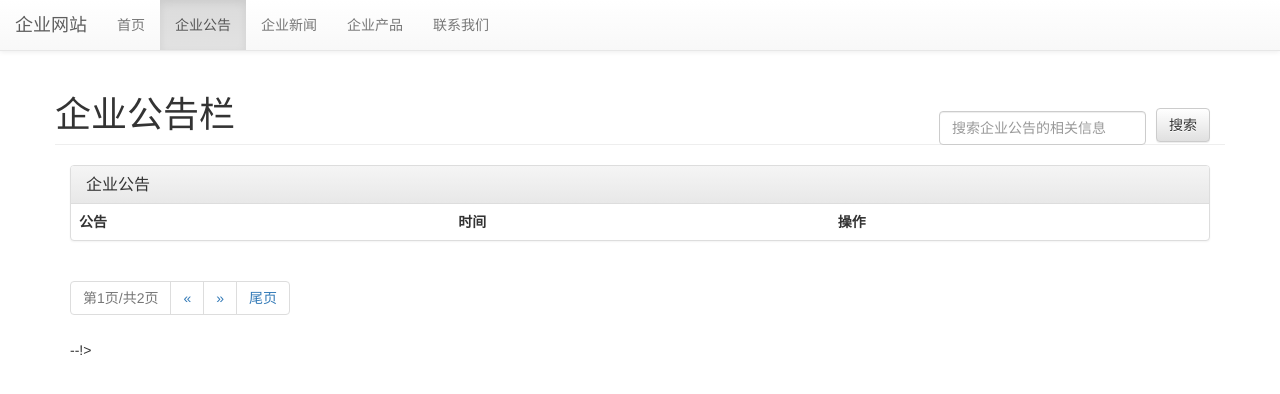
Repository: Mrzx0925/mystudyj2ee
Page: mvssh/src/main/webapp/mywrite/gonggao.html
These files come from the project's save history. The page is drawn as it stood at one moment and after the next save; the edit follows.
The browser window is 1280 px wide. The pictures show the whole page.
The page's requests for data from a server got no answer.

Above is the page before, as saved 2019-12-22 13:25:55.

### mvssh/src/main/webapp/mywrite/gonggao.html
<!DOCTYPE html>
<html lang="zh-CN" class="ax-vertical-centered">
<head>
<meta charset="UTF-8">
<title>企业网站</title>
<meta http-equiv="Content-Type" content="text/html; charset=UTF-8">
<meta name="viewport" content="width=device-width, initial-scale=1">
<link rel="stylesheet" href="css/bootstrap.min.css">
<link rel="stylesheet" href="css/bootstrap-theme.min.css">
<link rel="stylesheet" href="css/bootstrap-admin-theme.css">
<link rel="stylesheet" href="css/bootstrap-admin-theme.css">
<script src="jQuery/jquery-3.1.1.min.js"></script>
<script src="js/bootstrap.min.js"></script>

<script src="js/bootstrap-dropdown.min.js"></script>
<script src="js/gonggao.js"></script>
</head>





<body class="bootstrap-admin-with-small-navbar">
	<nav class="navbar navbar-default navbar-fixed-top" role="navigation">
		<div class="container-fluid">
			<div class="navbar-header">
				<a class="navbar-brand" href="#">企业网站 </a>
			</div>

			<ul class="nav navbar-nav">
				<li><a href="index.html">首页</a></li>
				<li class="active"><a href="gonggao.html">企业公告</a></li>
				<li><a href="xinwen.html">企业新闻</a></li>
				<li><a href="qiyechanpin.html\">企业产品</a></li>
				<li><a href="lianxi.html">联系我们</a></li>
			</ul>

		</div>
	</nav>

	<div class="container">

		<div class="row">

			<div class="page-header">
				<h1>
					企业公告栏

					<div class="pull-right">
						<form class="navbar-form navbar-left" role="search" action=""
							method="post">
							<div class="form-group">
								<input type="text" class="form-control"
									placeholder="搜索企业公告的相关信息" name="noticeInfo">
							</div>
							<button type="submit" class="btn btn-default">搜索</button>
						</form>
					</div>
				</h1>
			</div>


			<div class="col-lg-12">
				<div class="panel panel-default">
					<div class="panel-heading">
						<h3 class="panel-title">企业公告</h3>
					</div>
					<table id="table" class="table">
						<th>公告</th>
						<th>时间</th>
						<th>操作</th>

					</table>
				</div>



<!--
				<div class="pull-right">
					<!--右对齐--->
					<ul class="pagination">
						<li class="disabled"><a href="#">第1页/共2页</a></li>


						<li><a href="">&laquo;</a></li>
						<!-- 上一页 -->

						<li><a href="">&raquo;</a></li>
						<li><a href="">尾页</a></li>
					</ul>
				</div>
			</div>

--!>
		</div>
	</div>



	<!--------------------------------------查看的模糊框------------------------>
	<form class="form-horizontal">
		<!--保证样式水平不混乱-->
		<!-- 模态框（Modal） -->
		<div class="modal fade" id="findModal" tabindex="-1" role="dialog"
			aria-labelledby="findModalLabel" aria-hidden="true">
			<div class="modal-dialog modal-lg">
				<div class="modal-content">
					<div class="modal-header">
						<button type="button" class="close" data-dismiss="modal"
							aria-hidden="true">&times;</button>
						<h4 class="modal-title" id="findModalLabel">查看公告详情</h4>
					</div>
					<div class="modal-body">

						<!---------------------表单-------------------->
						<div class="form-group">
							<label for="firstname" class="col-sm-2 control-label">公告标题</label>
							<div class="col-sm-9">
								<input type="text" class="form-control" id="findTitle"
									readonly="readonly">11111111111111

							</div>
						</div>
						<div class="form-group">
							<label for="firstname" class="col-sm-2 control-label">公告内容</label>
							<div class="col-sm-9">
								<textarea class="form-control" id="findContent" rows="10"
									readonly="readonly" style="width: 642px; height: 500px;"></textarea>

							</div>
						</div>
						<!---------------------表单-------------------->

					</div>
					<div class="modal-footer">
						<button type="button" class="btn btn-default" data-dismiss="modal">关闭
						</button>
					</div>
				</div>
				<!-- /.modal-content -->
			</div>
			<!-- /.modal -->
		</div>

	</form>
	<!--------------------------------------查看的模糊框------------------------>


</body>
</html>

### mvssh/src/main/webapp/mywrite/js/gonggao.js
$(document).ready(function() {

	$.ajax({
		type : 'get',
		url : "notice_info",
		cache : false,
		type:"json",
		success : function(data) {

			for (var i in data) {


			var thedata = $("#table");
			var trData = "<tbody><td>"+ data[i].ntitle +"</td><td>"+ getDate(data[i].ntime)+"</td><td><button  class=\"btn btn-info btn-xs\" data-toggle=\"modal\" data-target=\"#findModal\"  onclick=\"getNotice("+data[i].nid+")\">查看</button></td></tbody>";
				thedata.append(trData);
			}

		},
		error : function() {
			alert("请求失败")
		}
	})
});


function getNotice(id) {
	alert("id")
}

function getDate(time) {
	var  flag = ""+time.day;
	if(flag.length == 1){
		var ss = time.year+"-"+time.month+"-0"+time.day;
	}else{
		var ss = time.year+"-"+time.month+"-"+time.day;
	}


	return "20"+ss.substr(1) ;
}

Loaded but not shown: mvssh/src/main/webapp/mywrite/css/bootstrap.min.css (library); mvssh/src/main/webapp/mywrite/css/bootstrap-theme.min.css (library); mvssh/src/main/webapp/mywrite/css/bootstrap-admin-theme.css (library); mvssh/src/main/webapp/mywrite/jQuery/jquery-3.1.1.min.js (library); mvssh/src/main/webapp/mywrite/js/bootstrap.min.js (library); mvssh/src/main/webapp/mywrite/js/bootstrap-dropdown.min.js (common file)

After the next save:
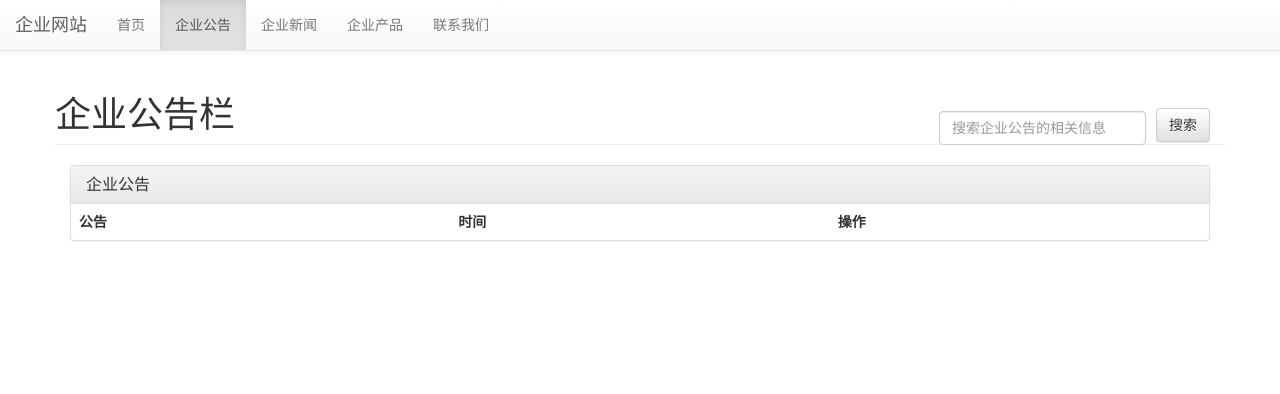
Saved 7 s later.
--- a/mvssh/src/main/webapp/mywrite/gonggao.html
+++ b/mvssh/src/main/webapp/mywrite/gonggao.html
@@ -76,20 +76,6 @@
 
 
 <!--
-				<div class="pull-right">
-					<!--右对齐--->
-					<ul class="pagination">
-						<li class="disabled"><a href="#">第1页/共2页</a></li>
-
-
-						<li><a href="">&laquo;</a></li>
-						<!-- 上一页 -->
-
-						<li><a href="">&raquo;</a></li>
-						<li><a href="">尾页</a></li>
-					</ul>
-				</div>
-			</div>
 
 --!>
 		</div>
